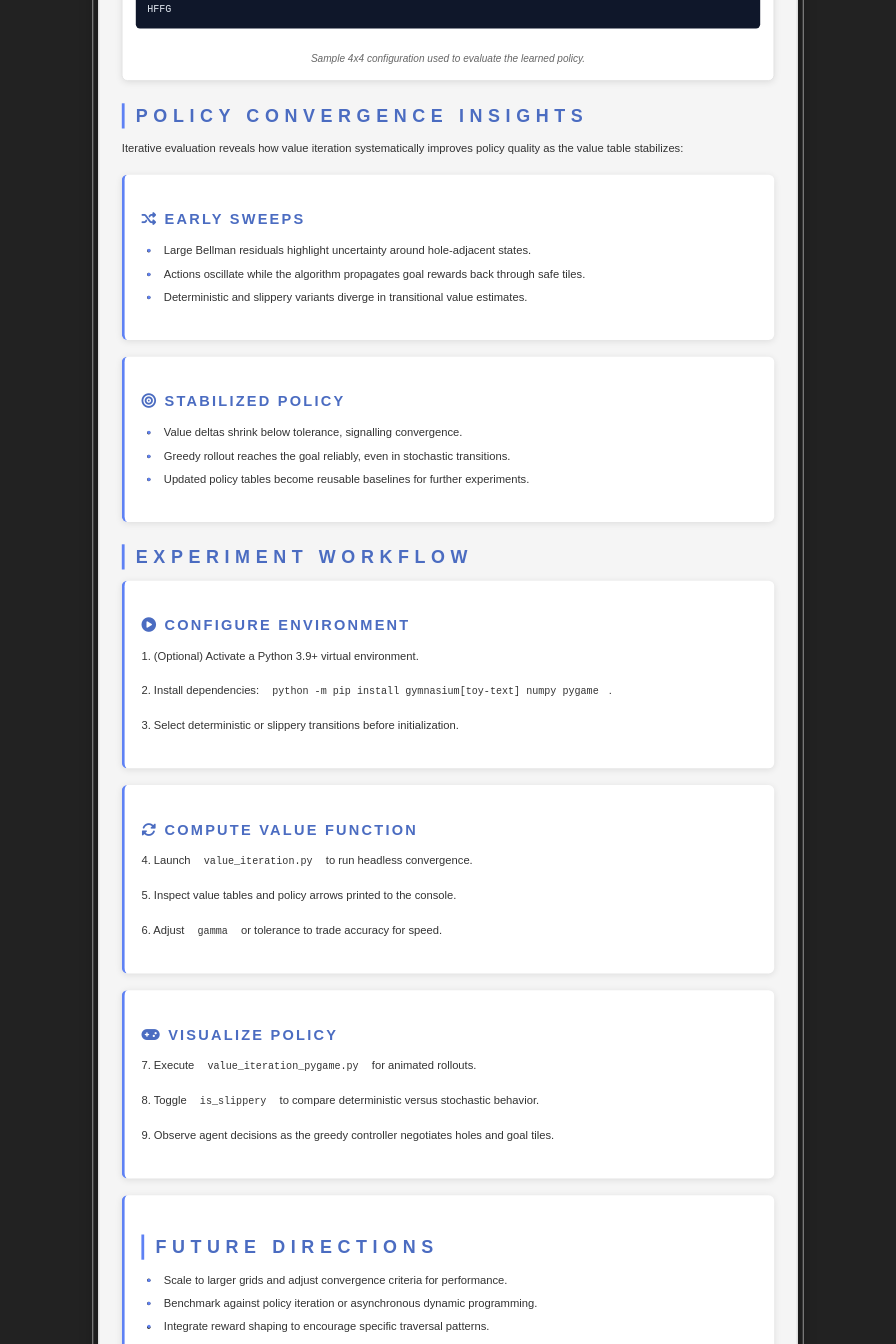
Repository: bk-poudel/bk-poudel.github.io
Page: projects/value_iteration_frozen_lake.html
The author's editor kept a copy of each file at every save. The page is drawn from the files as they stood at one save, then again after the next save.
The browser window is 1280 px wide. The pictures show the part of the page from y = 1481 to 3401 px (the page is 3810 px tall before and 3618 px after), at 70% of full size.

Above is the page before, as saved 2025-12-28 12:21:26.

### projects/value_iteration_frozen_lake.html
<!DOCTYPE HTML>
<html lang="en">
<head>
    <title>Value Iteration on Frozen Lake - Bibek Poudel</title>
    <meta charset="utf-8" />
    <meta name="viewport" content="width=device-width, initial-scale=1, user-scalable=no" />
    <link rel="stylesheet" href="../assets/css/main.css" />
    <link rel="stylesheet" href="https://cdnjs.cloudflare.com/ajax/libs/font-awesome/6.4.0/css/all.min.css" />
    <noscript><link rel="stylesheet" href="../assets/css/noscript.css" /></noscript>
    <style>
        :root {
            --primary: #4b6cc1;
            --secondary: #666666;
            --accent: #5e81f4;
            --light: #f8f8f8;
            --dark: #1a1a1a;
            --text: #333333;
            --frame-color: #dddddd;
            --bg-color: #222222;
            --content-bg: #f5f5f5;
        }
        body {
            background-color: var(--bg-color);
            font-family: 'Arial', sans-serif;
            line-height: 1.6;
            padding: 20px;
        }
        .project-content {
            max-width: 1000px;
            margin: 2rem auto;
            padding: 2rem;
            background: var(--content-bg);
            border-radius: 8px;
            box-shadow: 0 4px 25px rgba(0,0,0,0.4);
            border: 2px solid var(--frame-color);
            position: relative;
            color: var(--text);
        }
        .project-content::before {
            content: "";
            position: absolute;
            top: -10px;
            left: -10px;
            right: -10px;
            bottom: -10px;
            border: 1px solid var(--frame-color);
            border-radius: 12px;
            pointer-events: none;
            z-index: -1;
        }
        h1 {
            text-align: center;
            color: var(--primary);
            font-size: 2.2rem;
            margin-bottom: 1.5rem;
            position: relative;
            padding-bottom: 1rem;
        }
        h1::after {
            content: "";
            position: absolute;
            bottom: 0;
            left: 50%;
            transform: translateX(-50%);
            width: 100px;
            height: 3px;
            background: var(--accent);
        }
        h2 {
            color: var(--primary);
            font-size: 1.6rem;
            margin-top: 2rem;
            margin-bottom: 1rem;
            border-left: 4px solid var(--accent);
            padding-left: 1rem;
        }
        h3 {
            color: var(--primary);
            font-size: 1.3rem;
            margin-top: 1.5rem;
        }
        p {
            text-align: justify;
            margin-bottom: 1.5rem;
            color: var(--text);
        }
        ul, ol {
            padding-left: 1.5rem;
            margin-bottom: 1.5rem;
        }
        li {
            margin-bottom: 0.5rem;
            position: relative;
            color: var(--text);
        }
        li::before {
            content: "•";
            color: var(--accent);
            font-weight: bold;
            position: absolute;
            left: -1rem;
        }
        .button {
            background: var(--primary);
            color: white;
            padding: 0.8rem 1.5rem;
            border-radius: 4px;
            text-decoration: none;
            display: inline-flex;
            align-items: center;
            transition: all 0.3s ease;
            font-weight: 500;
            border: none;
        }
        .button:hover {
            background: var(--accent);
            transform: translateY(-2px);
        }
        .button i {
            margin-right: 0.5rem;
        }
        .abstract {
            background-color: rgba(75, 108, 193, 0.1);
            padding: 1.5rem;
            border-radius: 8px;
            margin-bottom: 2rem;
            border-left: 4px solid var(--primary);
        }
        .figure-container {
            display: flex;
            justify-content: center;
            flex-wrap: wrap;
            gap: 1.5rem;
            margin: 2rem 0;
        }
        .figure {
            flex: 1;
            min-width: 250px;
            text-align: center;
            background: white;
            padding: 1.2rem;
            border-radius: 8px;
            box-shadow: 0 2px 10px rgba(0,0,0,0.1);
            transition: transform 0.3s ease;
            border: 1px solid #e0e0e0;
        }
        .figure:hover {
            transform: translateY(-5px);
        }
        .figure img {
            width: 100%;
            height: 180px;
            object-fit: cover;
            border-radius: 4px;
            margin-bottom: 0.8rem;
        }
        .figure pre {
            text-align: left;
            background: #0f172a;
            color: #e2e8f0;
            padding: 1rem;
            border-radius: 6px;
            overflow-x: auto;
            font-size: 0.9rem;
        }
        .figure-caption {
            font-style: italic;
            color: var(--secondary);
            font-size: 0.9rem;
        }
        .methodology-item {
            background: white;
            padding: 1.5rem;
            border-radius: 8px;
            margin-bottom: 1.5rem;
            box-shadow: 0 2px 10px rgba(0,0,0,0.1);
            border-left: 4px solid var(--accent);
        }
        .impact-point {
            background: white;
            padding: 1.5rem;
            border-radius: 8px;
            box-shadow: 0 2px 10px rgba(0,0,0,0.1);
            text-align: center;
            border: 1px solid #e0e0e0;
        }
        @media (max-width: 768px) {
            .project-content {
                padding: 1.5rem;
                margin: 1rem;
            }
            h1 {
                font-size: 1.8rem;
            }
        }
        @media (max-width: 480px) {
            .project-content {
                padding: 1.2rem;
            }
        }
        .close-button {
            position: absolute;
            top: 1rem;
            right: 1rem;
            width: 40px;
            height: 40px;
            background: var(--primary);
            border: none;
            border-radius: 50%;
            color: white;
            font-size: 1.2rem;
            cursor: pointer;
            display: flex;
            align-items: center;
            justify-content: center;
            transition: all 0.3s ease;
            z-index: 10;
            text-decoration: none;
            box-shadow: 0 2px 10px rgba(0,0,0,0.2);
        }
        .close-button:hover {
            background: var(--accent);
            transform: scale(1.1);
            box-shadow: 0 4px 15px rgba(0,0,0,0.3);
            color: white;
            text-decoration: none;
        }
        .close-button:active {
            transform: scale(0.95);
        }
    </style>
</head>
<body class="is-preload">
    <div class="project-content">
        <a href="../index.html#projects" class="close-button" title="Back to Projects">
            <i class="fas fa-times"></i>
        </a>
        <h1>Value Iteration on Frozen Lake</h1>
        <div class="abstract">
            <h2>Abstract</h2>
            <p>This project implements classical value iteration on the Frozen Lake problem from Gymnasium. Two complementary scripts showcase the algorithm in a lightweight headless configuration and an interactive pygame renderer. Both pipelines converge to an optimal value function, derive a greedy policy, and then evaluate the learned controller across a custom map configuration.</p>
        </div>
        <div class="technologies-used">
            <h2>Project Components</h2>
            <p>The repository separates the learning logic from the visualization layer, allowing experiments in deterministic and stochastic settings:</p>
            <div class="methodology-item">
                <h3><i class="fas fa-map"></i> Custom Frozen Lake Layout</h3>
                <ul>
                    <li>Editable <code>MY_MAP</code> constant enables bespoke lake geometries with <code>S</code>, <code>F</code>, <code>H</code>, and <code>G</code> tiles.</li>
                    <li>Supports rectangular grids for rapid prototyping of difficulty variations.</li>
                    <li>Deterministic and slippery dynamics toggled through the Gymnasium environment flag.</li>
                </ul>
            </div>
            <div class="methodology-item">
                <h3><i class="fas fa-square-root-alt"></i> Value Iteration Core</h3>
                <ul>
                    <li>Bellman backups iterate until the value table change falls below a configurable tolerance.</li>
                    <li>Discount factor <code>gamma</code> tuned for convergence speed versus long-horizon planning.</li>
                    <li>Derived policy chooses greedy actions from the stabilized value function.</li>
                </ul>
            </div>
            <div class="methodology-item">
                <h3><i class="fas fa-desktop"></i> Visualization & Tooling</h3>
                <ul>
                    <li>Headless mode prints policy symbols for quick inspection in the terminal.</li>
                    <li>Pygame-powered rendering animates the agent, reflecting deterministic or slippery dynamics.</li>
                    <li>Gymnasium toy-text APIs provide a compact interface for environment resets and transitions.</li>
                </ul>
            </div>
        </div>
        <div class="figure-container">
            <div class="figure">
                <pre>SFFF
FHFH
FFFH
HFFG</pre>
                <div class="figure-caption">Sample 4x4 configuration used to evaluate the learned policy.</div>
            </div>
        </div>
        <div class="learning-progression">
            <h2>Policy Convergence Insights</h2>
            <p>Iterative evaluation reveals how value iteration systematically improves policy quality as the value table stabilizes:</p>
            <div class="methodology-item">
                <h3><i class="fas fa-random"></i> Early Sweeps</h3>
                <ul>
                    <li>Large Bellman residuals highlight uncertainty around hole-adjacent states.</li>
                    <li>Actions oscillate while the algorithm propagates goal rewards back through safe tiles.</li>
                    <li>Deterministic and slippery variants diverge in transitional value estimates.</li>
                </ul>
            </div>
            <div class="methodology-item">
                <h3><i class="fas fa-bullseye"></i> Stabilized Policy</h3>
                <ul>
                    <li>Value deltas shrink below tolerance, signalling convergence.</li>
                    <li>Greedy rollout reaches the goal reliably, even in stochastic transitions.</li>
                    <li>Updated policy tables become reusable baselines for further experiments.</li>
                </ul>
            </div>
        </div>
        <div class="learning-progress">
            <h2>Experiment Workflow</h2>
            <div class="methodology-item">
                <h3><i class="fas fa-play-circle"></i> Configure Environment</h3>
                <p>1. (Optional) Activate a Python 3.9+ virtual environment.</p>
                <p>2. Install dependencies: <code>python -m pip install gymnasium[toy-text] numpy pygame</code>.</p>
                <p>3. Select deterministic or slippery transitions before initialization.</p>
            </div>
            <div class="methodology-item">
                <h3><i class="fas fa-sync-alt"></i> Compute Value Function</h3>
                <p>4. Launch <code>value_iteration.py</code> to run headless convergence.</p>
                <p>5. Inspect value tables and policy arrows printed to the console.</p>
                <p>6. Adjust <code>gamma</code> or tolerance to trade accuracy for speed.</p>
            </div>
            <div class="methodology-item">
                <h3><i class="fas fa-gamepad"></i> Visualize Policy</h3>
                <p>7. Execute <code>value_iteration_pygame.py</code> for animated rollouts.</p>
                <p>8. Toggle <code>is_slippery</code> to compare deterministic versus stochastic behavior.</p>
                <p>9. Observe agent decisions as the greedy controller negotiates holes and goal tiles.</p>
            </div>
        </div>
        <div class="methodology-item">
            <h2>Future Directions</h2>
            <ul>
                <li>Scale to larger grids and adjust convergence criteria for performance.</li>
                <li>Benchmark against policy iteration or asynchronous dynamic programming.</li>
                <li>Integrate reward shaping to encourage specific traversal patterns.</li>
                <li>Package the value iteration routine as a teaching notebook with interactive sliders.</li>
            </ul>
        </div>
        <div class="conclusion">
            <h2>Conclusion</h2>
            <p>The Frozen Lake project demonstrates how classical dynamic programming reliably yields optimal policies for discrete Markov decision processes. By pairing a concise implementation with optional visualization, the repository provides an accessible sandbox for studying convergence behavior, experimenting with map layouts, and contrasting deterministic and stochastic dynamics.</p>
        </div>
        <div class="home-button" style="text-align: center; margin-top: 3rem;">
            <a href="../index.html#projects" class="button">
                <i class="fas fa-arrow-left"></i>
                Back to Projects
            </a>
        </div>
    </div>
    <script src="../assets/js/jquery.min.js"></script>
    <script src="../assets/js/browser.min.js"></script>
    <script src="../assets/js/breakpoints.min.js"></script>
    <script src="../assets/js/util.js"></script>
    <script src="../assets/js/main.js"></script>
</body>
</html>

Loaded but not shown: assets/js/jquery.min.js (library); assets/js/browser.min.js (common file); assets/js/breakpoints.min.js (common file); assets/css/fontawesome-all.min.css (library); assets/js/util.js (587 lines, source omitted); assets/js/main.js (401 lines, source omitted); assets/css/main.css (1753 lines, source omitted)

After the next save:
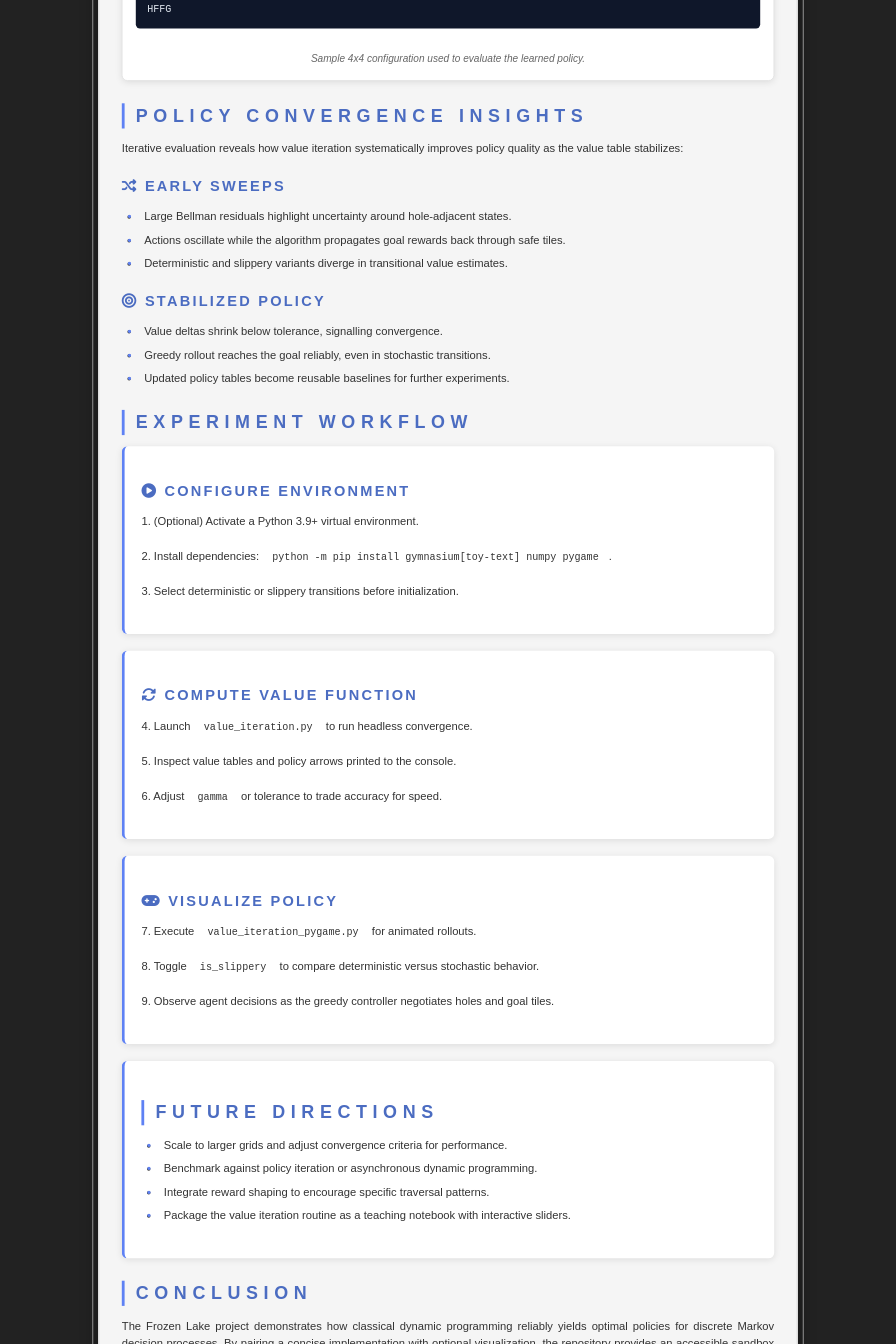
Saved 110 s later.
--- a/projects/value_iteration_frozen_lake.html
+++ b/projects/value_iteration_frozen_lake.html
@@ -277,24 +277,26 @@ HFFG</pre>
                 <div class="figure-caption">Sample 4x4 configuration used to evaluate the learned policy.</div>
             </div>
         </div>
-        <div class="learning-progression">
+        <div class="products-created">
             <h2>Policy Convergence Insights</h2>
             <p>Iterative evaluation reveals how value iteration systematically improves policy quality as the value table stabilizes:</p>
-            <div class="methodology-item">
-                <h3><i class="fas fa-random"></i> Early Sweeps</h3>
-                <ul>
-                    <li>Large Bellman residuals highlight uncertainty around hole-adjacent states.</li>
-                    <li>Actions oscillate while the algorithm propagates goal rewards back through safe tiles.</li>
-                    <li>Deterministic and slippery variants diverge in transitional value estimates.</li>
-                </ul>
-            </div>
-            <div class="methodology-item">
-                <h3><i class="fas fa-bullseye"></i> Stabilized Policy</h3>
-                <ul>
-                    <li>Value deltas shrink below tolerance, signalling convergence.</li>
-                    <li>Greedy rollout reaches the goal reliably, even in stochastic transitions.</li>
-                    <li>Updated policy tables become reusable baselines for further experiments.</li>
-                </ul>
+            <div class="feature-list">
+                <div class="feature-item">
+                    <h3><i class="fas fa-random"></i> Early Sweeps</h3>
+                    <ul>
+                        <li>Large Bellman residuals highlight uncertainty around hole-adjacent states.</li>
+                        <li>Actions oscillate while the algorithm propagates goal rewards back through safe tiles.</li>
+                        <li>Deterministic and slippery variants diverge in transitional value estimates.</li>
+                    </ul>
+                </div>
+                <div class="feature-item">
+                    <h3><i class="fas fa-bullseye"></i> Stabilized Policy</h3>
+                    <ul>
+                        <li>Value deltas shrink below tolerance, signalling convergence.</li>
+                        <li>Greedy rollout reaches the goal reliably, even in stochastic transitions.</li>
+                        <li>Updated policy tables become reusable baselines for further experiments.</li>
+                    </ul>
+                </div>
             </div>
         </div>
         <div class="learning-progress">
